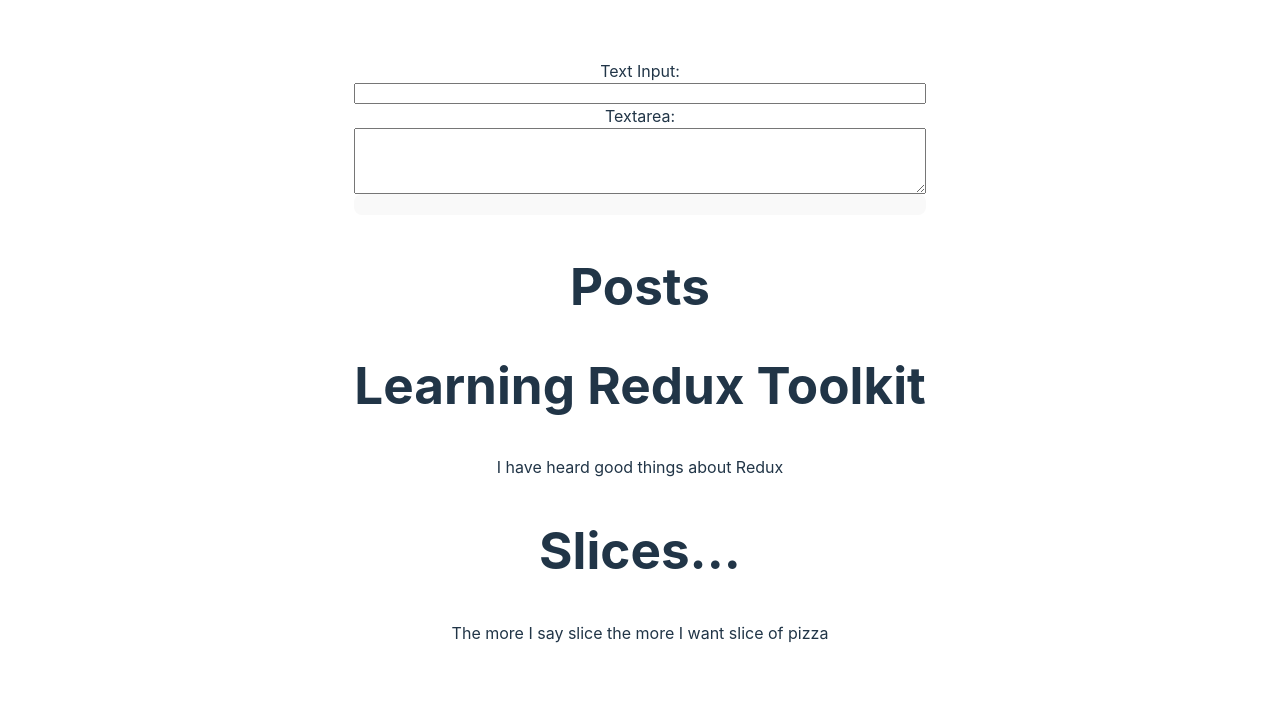
Repository: Nurlan-Bakenbaev/lesson2Redux-toolkit
Page: /
These files come from the project's save history. The page is drawn as it stood at one moment and after a run of saves; the edit follows.
The browser window is 1280 px wide. The pictures show the whole page.
The project was rebuilt for these pictures with package versions that can differ from the ones it lists, and the page was loaded fresh each time. Also part of the build but not shown: vite.config.js.

Above is the page before, as saved 2023-11-04 16:13:26.

After the next 4 saves:
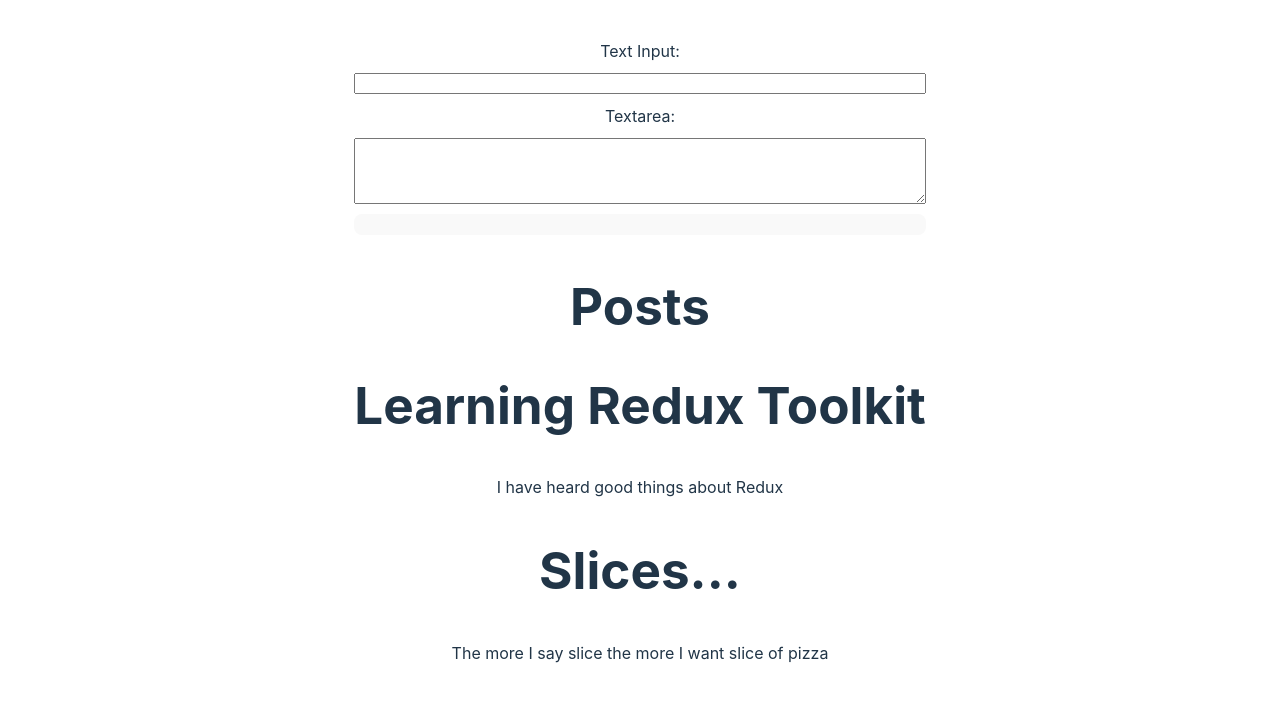
The 4 saves are shown as one change because they came seconds apart.
The last was saved 14 s later.
--- a/src/redux/features/posts/Addposts.jsx
+++ b/src/redux/features/posts/Addposts.jsx
@@ -25,7 +25,7 @@
   };
 
   return (
-    <form style={{ display: "flex", flexDirection: "column" }}>
+    <form style={{ display: "flex", flexDirection: "column",gap:'10px' }}>
       <label htmlFor="text-input">Text Input:</label>
       <input
         type="text"
